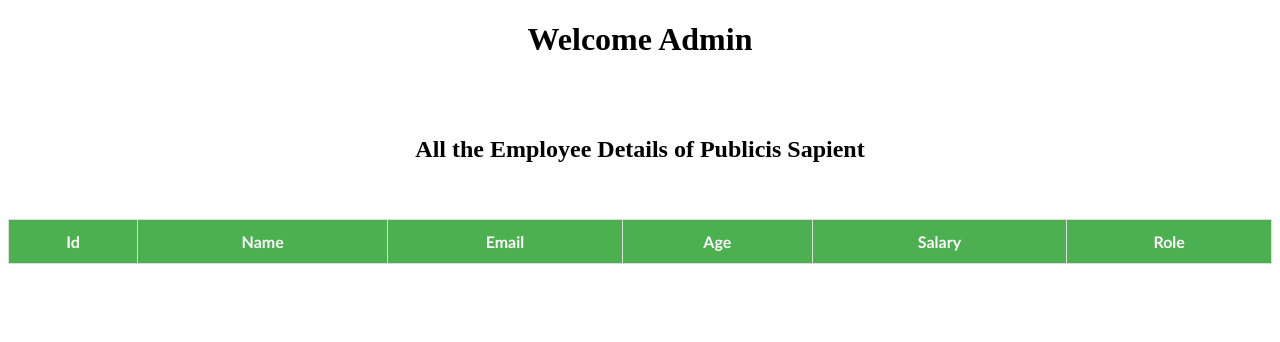
Repository: elizasharon/sprint-3-back-end
Page: http://localhost/SpringMVC2.0/WEB-INF/views/admin.jsp
These files come from the project's save history. The page is drawn as it stood at one moment and after the next save; the edit follows.
The browser window is 1280 px wide. The pictures show the whole page.
The page is served by Tomcat 9. Nobody is signed in. The template is opened directly, without the code that normally fills it, so the values that code supplies are empty.

Above is the page before, as saved 2019-07-17 03:46:51.

After the next save:
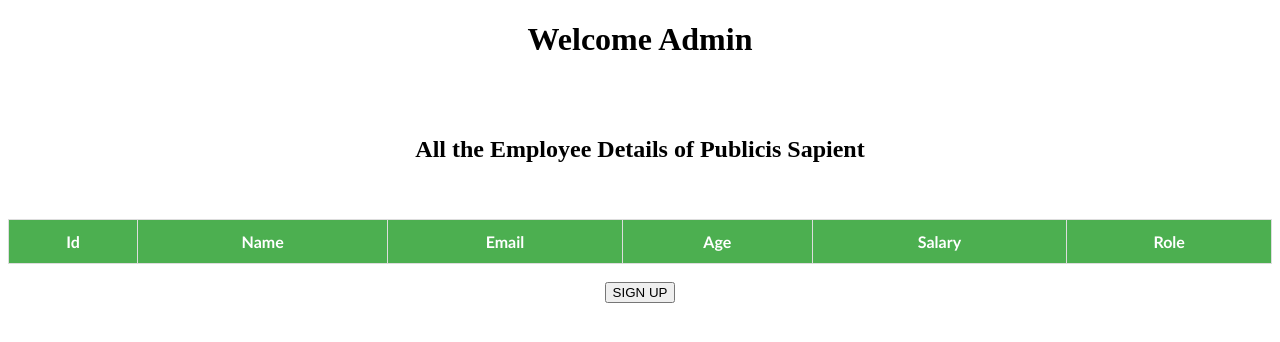
Saved 10 min 45 s later.
--- a/Java_Eclipse_Workspace/SpringMVC2.0/src/main/webapp/WEB-INF/views/admin.jsp
+++ b/Java_Eclipse_Workspace/SpringMVC2.0/src/main/webapp/WEB-INF/views/admin.jsp
@@ -59,7 +59,9 @@
 		</c:forEach>
 	</table>
 	<br>
-	<br>
+	 <div class="clearfix">
+      <button type="submit" class="signupbtn">SIGN UP</button>
+    </div>
 
 </body>
 </html>
